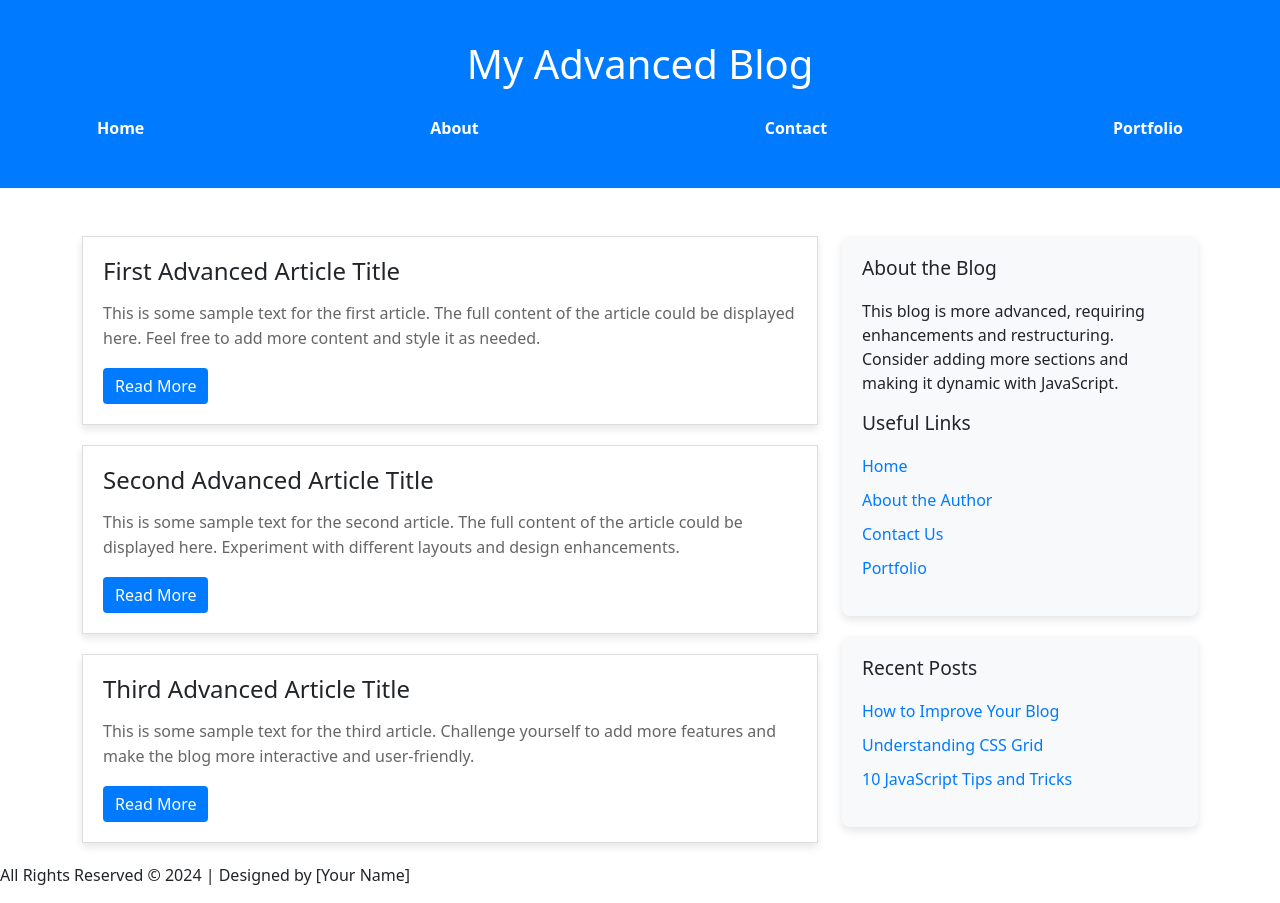
Repository: zeinawady/Blog-Code-Refactoring
Page: index.html
The author's editor kept a copy of each file at every save. The page is drawn from the files as they stood at one save, then again after the next save.
The browser window is 1280 px wide. The pictures show the whole page.

Above is the page before, as saved 2024-09-23 14:11:50.

After the next save:
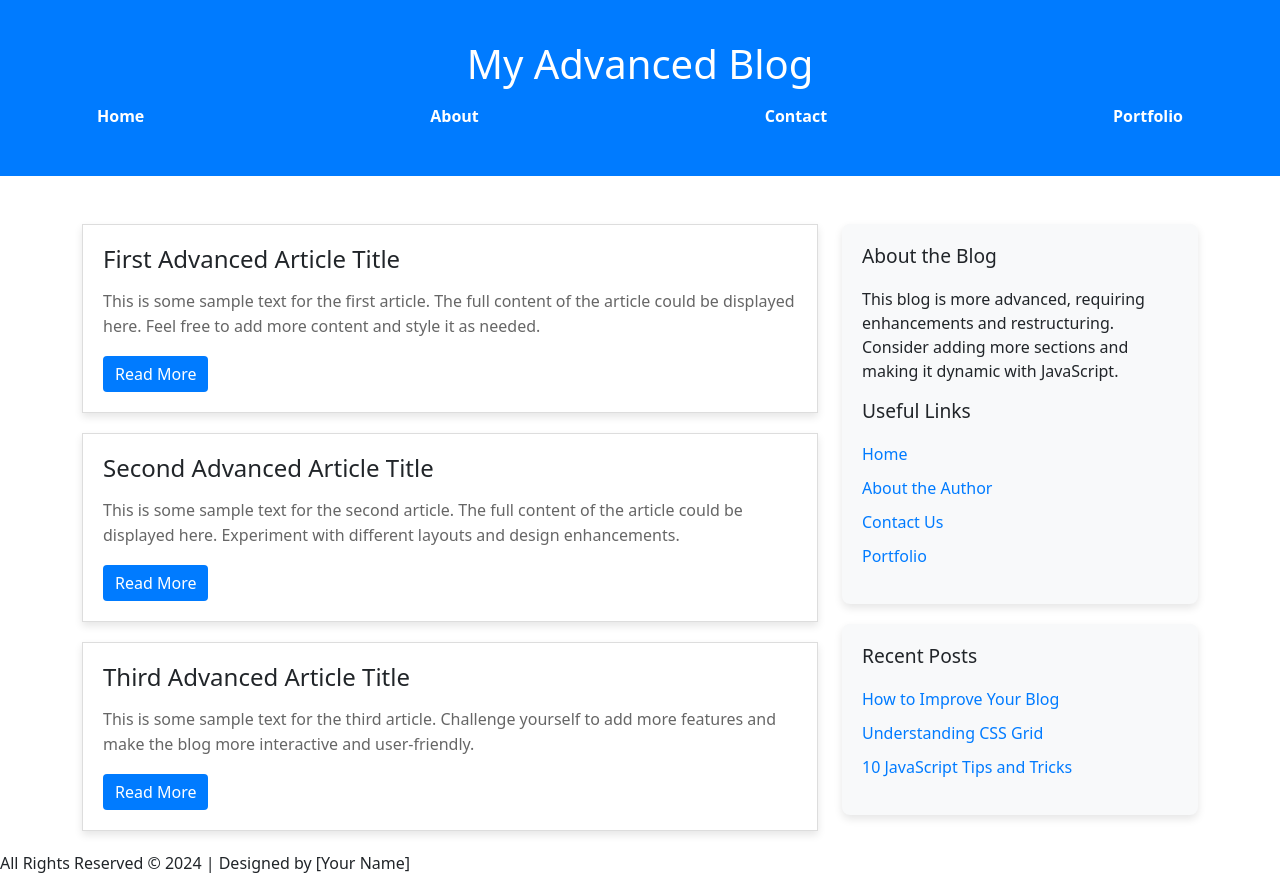
Saved 52 s later.
--- a/style.css
+++ b/style.css
@@ -19,11 +19,11 @@ body {
     height: 5px;
     background-color: white;
   }
-  nav {
+  /* nav {
     display: flex;
     justify-content: center;
     margin-top: 20px;
-  }
+  } */
   nav a {
     color: white;
     margin: 0 15px;
